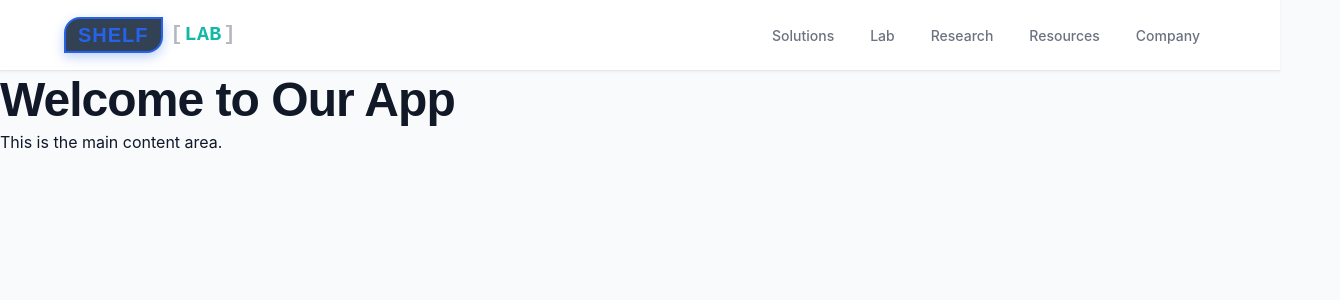
Repository: VladimirGagarin/shelf
Page: /
The author's editor kept a copy of each file at every save. The page is drawn from the files as they stood at one save, then again after the next save.
The browser window is 1280 px wide. The page is 1340 px wide, so the pictures cover 1340 px, including what lies to the right of the window. The pictures show the whole page.
The project was rebuilt for these pictures with package versions that can differ from the ones it lists, and the page was loaded fresh each time. Also part of the build but not shown: vite.config.js, src/App.css, src/About/about.jsx.

Above is the page before, as saved 2026-07-13 18:37:19.

### index.html
<!doctype html>
<html lang="en">
  <head>
    <meta charset="UTF-8" />
    <link rel="icon" type="image/svg+xml" href="/favicon.svg" />
    <meta name="viewport" content="width=device-width, initial-scale=1.0" />
    <title>shelf-lab</title>
  </head>
  <body>
    <div id="root"></div>
    <script type="module" src="/src/main.jsx"></script>
  </body>
</html>

### src/main.jsx
import { StrictMode } from 'react'
import { createRoot } from 'react-dom/client'
import './index.css'
import App from './App.jsx'
import { createBrowserRouter, RouterProvider } from "react-router-dom";
import AboutPage from './About/about.jsx'

const router = createBrowserRouter([
  {
    path: "/",
    element: <App />,
  },
  {
    path: "/about",
    element: <AboutPage />,
  },
  {
    path:"*",
    element: <App/>,
  }
]);

createRoot(document.getElementById('root')).render(
  <StrictMode>
    <RouterProvider router={router} />
  </StrictMode>,
)

### src/App.jsx
import Navbar from "./Shared/components/Navbar"
import './App.css'

function App() {


  return (
    <>
      <Navbar />
      <section className="LandingPage">
        <h1>Welcome to Our App</h1>
        <p>This is the main content area.</p>
      </section>
      <section className="LandingPage"></section>
    </>
  )
}

export default App

### src/Shared/components/Navbar.jsx
import "./Navbar.css";
import { FaBars, FaTimes } from "react-icons/fa";
import { useState, useEffect, useRef } from "react";

export default function Navbar() {
  const [isMobile, setIsMobile] = useState(window.innerWidth <= 768);
  const [isMenuOpen, setIsMenuOpen] = useState(false);
  const menuRef = useRef(null);
  const buttonRef = useRef(null);

  // Handle window resize
  useEffect(() => {
    const handleResize = () => {
      const mobile = window.innerWidth <= 768;
      setIsMobile(mobile);
      if (!mobile) setIsMenuOpen(false); // Close menu on desktop
    };

    window.addEventListener("resize", handleResize);
    return () => window.removeEventListener("resize", handleResize);
  }, []);

  // Handle click outside to close menu
  useEffect(() => {
    const handleClickOutside = (event) => {
      if (
        isMenuOpen &&
        menuRef.current &&
        !menuRef.current.contains(event.target) &&
        !buttonRef.current.contains(event.target)
      ) {
        setIsMenuOpen(false);
      }
    };

    document.addEventListener("mousedown", handleClickOutside);
    return () => document.removeEventListener("mousedown", handleClickOutside);
  }, [isMenuOpen]);

  // Handle escape key to close menu
  useEffect(() => {
    const handleEscape = (event) => {
      if (isMenuOpen && event.key === "Escape") {
        setIsMenuOpen(false);
      }
    };

    document.addEventListener("keydown", handleEscape);
    return () => document.removeEventListener("keydown", handleEscape);
  }, [isMenuOpen]);

  // Prevent body scroll when menu is open on mobile
  useEffect(() => {
    if (isMenuOpen && isMobile) {
      document.body.style.overflow = "hidden";
    } else {
      document.body.style.overflow = "unset";
    }
    return () => {
      document.body.style.overflow = "unset";
    };
  }, [isMenuOpen, isMobile]);

  const toggleMenu = () => {
    setIsMenuOpen(!isMenuOpen);
  };

  const navItems = [
    {
      title: "Solutions",
      children: [
        { label: "Services", link: "/services" },
        { label: "Industries", link: "/industries" },
        { label: "Case Studies", link: "/case-studies" },
        { label: "Request Solution", link: "/request" },
      ],
    },
    {
      title: "Lab",
      children: [
        { label: "Algorithms", link: "/algorithms" },
        { label: "Experiments", link: "/experiments" },
        { label: "Challenges", link: "/challenges" },
        { label: "Demos", link: "/demos" },
      ],
    },
    {
      title: "Research",
      children: [
        { label: "Research Lab", link: "/research" },
        { label: "Benchmarks", link: "/benchmarks" },
        { label: "Publications", link: "/publications" },
      ],
    },
    {
      title: "Resources",
      children: [
        { label: "Blog", link: "/blog" },
        { label: "Tutorials", link: "/tutorials" },
        { label: "Documentation", link: "/docs" },
      ],
    },
    {
      title: "Company",
      children: [
        { label: "About", link: "/about" },
        { label: "Careers", link: "/careers" },
        { label: "Contact", link: "/contact" },
      ],
    },
  ];

  return (
    <>
      <nav className="navbar" role="navigation" aria-label="Main navigation">
        <div className="navbar-container">
          {/* Logo */}
          <div className="nav-logo">
            <a href="/" aria-label="ShelfLab Home">
              <h2 className="hero-title">
                <span className="shelf-box">SHELF</span>
                <span className="lab-text">LAB</span>
              </h2>
            </a>
          </div>

          {/* Desktop Menu */}
          {!isMobile && (
            <div className="nav-menu">
              <ul className="nav-list">
                {navItems.map((item, index) => (
                  <li key={index} className="nav-item">
                    <button
                      className="nav-link"
                      aria-haspopup="true"
                      aria-expanded="false"
                    >
                      {item.title}
                    </button>
                    <ul className="dropdown-menu">
                      {item.children.map((child, childIndex) => (
                        <li key={childIndex}>
                          <a href={child.link} className="dropdown-link">
                            {child.label}
                          </a>
                        </li>
                      ))}
                    </ul>
                  </li>
                ))}
              </ul>
            </div>
          )}

          {/* Mobile Menu Button */}
          {isMobile && (
            <button
              ref={buttonRef}
              className="menu-toggle"
              onClick={toggleMenu}
              aria-label={isMenuOpen ? "Close menu" : "Open menu"}
              aria-expanded={isMenuOpen}
              aria-controls="mobile-menu"
            >
              {isMenuOpen ? <FaTimes /> : <FaBars />}
            </button>
          )}
        </div>
      </nav>

      {/* Mobile Menu Overlay */}
      {isMobile && (
        <div
          id="mobile-menu"
          ref={menuRef}
          className={`mobile-menu ${isMenuOpen ? "open" : ""}`}
          role="dialog"
          aria-modal="true"
          aria-label="Mobile navigation"
        >
          <div className="mobile-menu-content">
            <ul className="mobile-nav-list">
              {navItems.map((item, index) => (
                <li key={index} className="mobile-nav-item">
                  <div className="mobile-nav-header">
                    <span>{item.title}</span>
                  </div>
                  <ul className="mobile-submenu">
                    {item.children.map((child, childIndex) => (
                      <li key={childIndex}>
                        <a
                          href={child.link}
                          className="mobile-nav-link"
                          onClick={() => setIsMenuOpen(false)}
                        >
                          {child.label}
                        </a>
                      </li>
                    ))}
                  </ul>
                </li>
              ))}
            </ul>
          </div>
        </div>
      )}
    </>
  );
}

### src/About/about.css
/* about.css */

/* ========================================
   ABOUT PAGE STYLES
   ======================================== */

   :root {
  /* ===== COLORS ===== */
  /* Backgrounds */
  --bg-primary: #F8FAFC;
  --bg-surface: #FFFFFF;
  --bg-card: #FFFFFF;

  /* Primary */
  --color-primary: #2563EB;
  --color-primary-hover: #1D4ED8;

  /* Accent */
  --color-accent: #14B8A6;

  /* Text */
  --color-text: #111827;
  --color-text-secondary: #6B7280;

  /* Borders */
  --color-border: #E5E7EB;

  /* Status */
  --color-success: #22C55E;
  --color-warning: #F59E0B;
  --color-danger: #EF4444;

  /* ===== TYPOGRAPHY ===== */
  /* Font Families */
  --font-heading: 'Space Grotesk', 'Sora', sans-serif;
  --font-body: 'Inter', -apple-system, BlinkMacSystemFont, 'Segoe UI', Roboto, sans-serif;
  --font-code: 'JetBrains Mono', 'Fira Code', 'Cascadia Code', monospace;

  /* Font Sizes */
  --text-xs: 0.75rem;    /* 12px */
  --text-sm: 0.875rem;   /* 14px */
  --text-base: 1rem;     /* 16px */
  --text-lg: 1.125rem;   /* 18px */
  --text-xl: 1.25rem;    /* 20px */
  --text-2xl: 1.5rem;    /* 24px */
  --text-3xl: 1.875rem;  /* 30px */
  --text-4xl: 2.25rem;   /* 36px */
  --text-5xl: 3rem;      /* 48px */

  /* Font Weights */
  --font-light: 300;
  --font-regular: 400;
  --font-medium: 500;
  --font-semibold: 600;
  --font-bold: 700;
}

/* ===== DARK THEME ===== */
@media (prefers-color-scheme: dark) {
  :root {
    /* Backgrounds */
    --bg-primary: #0B1220;
    --bg-surface: #111827;
    --bg-card: #1E293B;

    /* Primary */
    --color-primary: #3B82F6;
    --color-primary-hover: #2563EB;

    /* Accent */
    --color-accent: #2DD4BF;

    /* Text */
    --color-text: #F8FAFC;
    --color-text-secondary: #CBD5E1;

    /* Borders */
    --color-border: #334155;

    /* Status */
    --color-success: #22C55E;
    --color-warning: #FBBF24;
    --color-danger: #F87171;
  }
}

/* ========================================
   HERO SECTION
   ======================================== */

.hero-section {
  min-height: 80vh;
  display: flex;
  align-items: center;
  background: linear-gradient(135deg, var(--bg-primary) 0%, var(--bg-surface) 100%);
  padding: 4rem 2rem;
  position: relative;
  overflow: hidden;
}

.hero-content {
  flex: 1;
  max-width: 700px;
  position: relative;
  z-index: 2;
}

.hero-badge {
  display: inline-block;
  background: var(--color-primary);
  color: white;
  padding: 0.25rem 1rem;
  border-radius: 50px;
  font-size: var(--text-xs);
  font-weight: var(--font-semibold);
  text-transform: uppercase;
  letter-spacing: 0.05em;
  margin-bottom: 1.5rem;
}

.hero-content h1 {
  font-size: var(--text-5xl);
  font-weight: var(--font-bold);
  color: var(--color-text);
  margin-bottom: 0.5rem;
  letter-spacing: -0.02em;
}

.hero-content h2 {
  font-size: var(--text-3xl);
  font-weight: var(--font-medium);
  color: var(--color-primary);
  margin-bottom: 1.5rem;
}

.hero-description {
  font-size: var(--text-lg);
  color: var(--color-text-secondary);
  line-height: 1.8;
  max-width: 550px;
  margin-bottom: 2rem;
}

.cta-group {
  display: flex;
  gap: 1rem;
  flex-wrap: wrap;
}

.btn-primary {
  display: inline-flex;
  align-items: center;
  gap: 0.5rem;
  background: var(--color-primary);
  color: white;
  padding: 0.75rem 1.75rem;
  border-radius: 0.5rem;
  font-weight: var(--font-medium);
  text-decoration: none;
  transition: all 0.3s ease;
}

.btn-primary:hover {
  background: var(--color-primary-hover);
  transform: translateY(-2px);
  box-shadow: 0 10px 20px rgba(37, 99, 235, 0.3);
}

.btn-secondary {
  display: inline-flex;
  align-items: center;
  gap: 0.5rem;
  background: transparent;
  color: var(--color-text);
  padding: 0.75rem 1.75rem;
  border: 2px solid var(--color-border);
  border-radius: 0.5rem;
  font-weight: var(--font-medium);
  text-decoration: none;
  transition: all 0.3s ease;
}

.btn-secondary:hover {
  border-color: var(--color-primary);
  color: var(--color-primary);
  transform: translateY(-2px);
}

.hero-visual {
  flex: 1;
  position: relative;
  min-height: 400px;
}

.floating-shapes {
  position: relative;
  width: 100%;
  height: 100%;
}

.shape {
  position: absolute;
  border-radius: 50%;
  background: var(--color-primary);
  opacity: 0.1;
  animation: float 6s ease-in-out infinite;
}

.shape-1 {
  width: 200px;
  height: 200px;
  top: 20%;
  right: 20%;
  animation-delay: 0s;
}

.shape-2 {
  width: 150px;
  height: 150px;
  top: 50%;
  right: 50%;
  animation-delay: 2s;
  background: var(--color-accent);
}

.shape-3 {
  width: 100px;
  height: 100px;
  top: 10%;
  right: 60%;
  animation-delay: 4s;
  background: var(--color-success);
}

@keyframes float {
  0%, 100% { transform: translateY(0) rotate(0deg); }
  50% { transform: translateY(-20px) rotate(10deg); }
}

/* ========================================
   WHO WE ARE SECTION
   ======================================== */

.who-we-are-section {
  padding: 5rem 2rem;
  background: var(--bg-surface);
}

.section-container {
  max-width: 1200px;
  margin: 0 auto;
}

.section-header {
  text-align: center;
  margin-bottom: 3rem;
}

.section-tag {
  display: inline-block;
  color: var(--color-primary);
  font-size: var(--text-xs);
  font-weight: var(--font-semibold);
  text-transform: uppercase;
  letter-spacing: 0.1em;
  margin-bottom: 0.5rem;
}

.section-header h2 {
  font-size: var(--text-4xl);
  font-weight: var(--font-bold);
  color: var(--color-text);
  margin-bottom: 0.75rem;
}

.section-subtitle {
  font-size: var(--text-lg);
  color: var(--color-text-secondary);
  max-width: 600px;
  margin: 0 auto;
}

.who-we-are-grid {
  display: grid;
  grid-template-columns: 1fr 1fr;
  gap: 4rem;
  align-items: center;
}

.who-we-are-content p {
  font-size: var(--text-lg);
  color: var(--color-text-secondary);
  line-height: 1.8;
  margin-bottom: 1.5rem;
}

.who-we-are-stats {
  display: grid;
  grid-template-columns: 1fr 1fr 1fr;
  gap: 2rem;
}

.stat-item {
  text-align: center;
  padding: 2rem;
  background: var(--bg-primary);
  border-radius: 0.75rem;
  border: 1px solid var(--color-border);
}

.stat-number {
  display: block;
  font-size: var(--text-3xl);
  font-weight: var(--font-bold);
  color: var(--color-primary);
  margin-bottom: 0.5rem;
}

.stat-label {
  font-size: var(--text-sm);
  color: var(--color-text-secondary);
}

/* ========================================
   MISSION SECTION
   ======================================== */

.mission-section {
  padding: 5rem 2rem;
  background: linear-gradient(135deg, var(--bg-primary) 0%, var(--bg-surface) 100%);
}

.mission-grid {
  display: grid;
  grid-template-columns: 1fr 1fr;
  gap: 3rem;
  max-width: 1000px;
  margin: 0 auto;
}

.mission-card {
  background: var(--bg-card);
  padding: 3rem;
  border-radius: 1rem;
  border: 1px solid var(--color-border);
  text-align: center;
  transition: all 0.3s ease;
}

.mission-card:hover {
  transform: translateY(-5px);
  box-shadow: 0 20px 40px rgba(0, 0, 0, 0.08);
}

.mission-icon {
  font-size: 3rem;
  margin-bottom: 1rem;
}

.mission-card h3 {
  font-size: var(--text-2xl);
  font-weight: var(--font-bold);
  color: var(--color-text);
  margin-bottom: 1rem;
}

.mission-card p {
  color: var(--color-text-secondary);
  line-height: 1.8;
}

/* ========================================
   PRINCIPLES SECTION
   ======================================== */

.principles-section {
  padding: 5rem 2rem;
  background: var(--bg-surface);
}

.principles-cards {
  display: grid;
  grid-template-columns: repeat(auto-fit, minmax(250px, 1fr));
  gap: 2rem;
}

.principle-card {
  background: var(--bg-card);
  padding: 2.5rem 2rem;
  border-radius: 1rem;
  border: 1px solid var(--color-border);
  text-align: center;
  transition: all 0.3s ease;
}

.principle-card:hover {
  transform: translateY(-5px);
  border-color: var(--color-primary);
  box-shadow: 0 10px 30px rgba(37, 99, 235, 0.1);
}

.principle-icon-wrapper {
  display: inline-flex;
  align-items: center;
  justify-content: center;
  width: 64px;
  height: 64px;
  border-radius: 50%;
  background: var(--bg-primary);
  color: var(--color-primary);
  font-size: 1.5rem;
  margin-bottom: 1rem;
  transition: all 0.3s ease;
}

.principle-card:hover .principle-icon-wrapper {
  background: var(--color-primary);
  color: white;
}

.principle-card h3 {
  font-size: var(--text-xl);
  font-weight: var(--font-semibold);
  color: var(--color-text);
  margin-bottom: 0.5rem;
}

.principle-tagline {
  color: var(--color-primary);
  font-weight: var(--font-medium);
  margin-bottom: 0.75rem;
}

.principle-description {
  color: var(--color-text-secondary);
  font-size: var(--text-sm);
  line-height: 1.6;
}

/* ========================================
   WORKFLOW SECTION
   ======================================== */

.workflow-section {
  padding: 5rem 2rem;
  background: var(--bg-primary);
}

.workflow-steps {
  display: flex;
  justify-content: space-between;
  align-items: flex-start;
  gap: 1rem;
  overflow-x: auto;
  padding: 1rem 0;
}

.workflow-step-wrapper {
  display: flex;
  align-items: center;
  flex: 1;
  min-width: 140px;
}

.step-card {
  background: var(--bg-card);
  padding: 2rem 1.5rem;
  border-radius: 0.75rem;
  border: 1px solid var(--color-border);
  text-align: center;
  flex: 1;
  transition: all 0.3s ease;
  position: relative;
}

.step-card:hover {
  transform: translateY(-5px);
  border-color: var(--color-primary);
  box-shadow: 0 10px 30px rgba(37, 99, 235, 0.1);
}

.step-number {
  display: inline-flex;
  align-items: center;
  justify-content: center;
  width: 40px;
  height: 40px;
  border-radius: 50%;
  background: var(--color-primary);
  color: white;
  font-weight: var(--font-bold);
  margin-bottom: 1rem;
}

.step-icon {
  font-size: 1.5rem;
  color: var(--color-primary);
  margin-bottom: 0.75rem;
}

.step-card h3 {
  font-size: var(--text-base);
  font-weight: var(--font-semibold);
  color: var(--color-text);
  margin-bottom: 0.5rem;
}

.step-card p {
  font-size: var(--text-xs);
  color: var(--color-text-secondary);
}

.step-connector {
  color: var(--color-text-secondary);
  font-size: 1.5rem;
  padding: 0 0.5rem;
  flex-shrink: 0;
}

/* ========================================
   INDUSTRIES SECTION
   ======================================== */

.industries-section {
  padding: 5rem 2rem;
  background: var(--bg-surface);
}

.industries-grid {
  display: grid;
  grid-template-columns: repeat(auto-fit, minmax(250px, 1fr));
  gap: 2rem;
}

.industry-card {
  background: var(--bg-card);
  padding: 2.5rem 2rem;
  border-radius: 1rem;
  border: 1px solid var(--color-border);
  text-align: center;
  transition: all 0.3s ease;
}

.industry-card:hover {
  transform: translateY(-5px);
  box-shadow: 0 10px 30px rgba(0, 0, 0, 0.08);
}

.industry-icon {
  font-size: 2.5rem;
  color: var(--color-primary);
  margin-bottom: 1rem;
}

.industry-card h3 {
  font-size: var(--text-xl);
  font-weight: var(--font-semibold);
  color: var(--color-text);
  margin-bottom: 1rem;
}

.industry-items {
  list-style: none;
  padding: 0;
  margin: 0;
}

.industry-items li {
  padding: 0.5rem 0;
  color: var(--color-text-secondary);
  font-size: var(--text-sm);
  border-bottom: 1px solid var(--color-border);
}

.industry-items li:last-child {
  border-bottom: none;
}

/* ========================================
   WHY SHELFLAB SECTION
   ======================================== */

.why-shelflab-section {
  padding: 5rem 2rem;
  background: var(--bg-primary);
}

.why-shelflab-grid {
  display: grid;
  grid-template-columns: repeat(auto-fit, minmax(300px, 1fr));
  gap: 2rem;
}

.why-shelflab-card {
  background: var(--bg-card);
  padding: 3rem 2rem;
  border-radius: 1rem;
  border: 1px solid var(--color-border);
  text-align: center;
  transition: all 0.3s ease;
}

.why-shelflab-card:hover {
  transform: translateY(-5px);
  box-shadow: 0 10px 30px rgba(0, 0, 0, 0.08);
}

.pillar-icon {
  font-size: 3rem;
  color: var(--color-primary);
  margin-bottom: 1rem;
}

.why-shelflab-card h3 {
  font-size: var(--text-xl);
  font-weight: var(--font-semibold);
  color: var(--color-text);
  margin-bottom: 0.75rem;
}

.why-shelflab-card p {
  color: var(--color-text-secondary);
  line-height: 1.6;
}

/* ========================================
   CTA SECTION
   ======================================== */

.cta-section {
  padding: 5rem 2rem;
  background: linear-gradient(135deg, var(--color-primary) 0%, var(--color-primary-hover) 100%);
  text-align: center;
  position: relative;
  overflow: hidden;
}

.cta-section::before {
  content: '';
  position: absolute;
  top: -50%;
  right: -50%;
  width: 100%;
  height: 200%;
  background: rgba(255, 255, 255, 0.05);
  transform: rotate(30deg);
}

.cta-content {
  position: relative;
  z-index: 1;
  max-width: 700px;
  margin: 0 auto;
}

.cta-content h2 {
  font-size: var(--text-4xl);
  font-weight: var(--font-bold);
  color: white;
  margin-bottom: 1.5rem;
}

.cta-content p {
  font-size: var(--text-lg);
  color: rgba(255, 255, 255, 0.9);
  line-height: 1.8;
  margin-bottom: 2rem;
}

.btn-large {
  padding: 1rem 2.5rem;
  font-size: var(--text-lg);
  background: white;
  color: var(--color-primary);
}

.btn-large:hover {
  background: var(--bg-primary);
  transform: translateY(-3px);
  box-shadow: 0 15px 30px rgba(0, 0, 0, 0.2);
}

/* ========================================
   FOOTER
   ======================================== */

.footer {
  background: var(--bg-surface);
  border-top: 1px solid var(--color-border);
  padding: 3rem 2rem 1rem;
}

.footer-content {
  max-width: 1200px;
  margin: 0 auto;
  display: grid;
  grid-template-columns: 2fr 3fr;
  gap: 3rem;
  margin-bottom: 2rem;
}

.footer-brand h2 {
  font-size: var(--text-2xl);
  color: var(--color-primary);
  margin-bottom: 0.5rem;
}

.footer-brand p {
  color: var(--color-text-secondary);
}

.footer-links {
  display: grid;
  grid-template-columns: repeat(3, 1fr);
  gap: 2rem;
}

.footer-column h4 {
  font-size: var(--text-sm);
  font-weight: var(--font-semibold);
  color: var(--color-text);
  margin-bottom: 1rem;
}

.footer-column a {
  display: block;
  color: var(--color-text-secondary);
  text-decoration: none;
  padding: 0.25rem 0;
  font-size: var(--text-sm);
  transition: color 0.3s ease;
}

.footer-column a:hover {
  color: var(--color-primary);
}

.footer-bottom {
  max-width: 1200px;
  margin: 0 auto;
  padding-top: 2rem;
  border-top: 1px solid var(--color-border);
  text-align: center;
}

.footer-bottom p {
  color: var(--color-text-secondary);
  font-size: var(--text-sm);
}

/* ========================================
   RESPONSIVE DESIGN
   ======================================== */

@media (max-width: 1024px) {
  .hero-section {
    flex-direction: column;
    text-align: center;
    padding: 3rem 1.5rem;
  }

  .hero-content {
    max-width: 100%;
  }

  .hero-description {
    margin: 0 auto 2rem;
  }

  .cta-group {
    justify-content: center;
  }

  .who-we-are-grid {
    grid-template-columns: 1fr;
    gap: 2rem;
  }

  .mission-grid {
    grid-template-columns: 1fr;
    gap: 2rem;
  }

  .footer-content {
    grid-template-columns: 1fr;
    gap: 2rem;
  }
}

@media (max-width: 768px) {
  .hero-content h1 {
    font-size: var(--text-3xl);
  }

  .hero-content h2 {
    font-size: var(--text-2xl);
  }

  .hero-description {
    font-size: var(--text-base);
  }

  .who-we-are-stats {
    grid-template-columns: 1fr;
    gap: 1rem;
  }

  .workflow-steps {
    flex-direction: column;
    align-items: stretch;
  }

  .workflow-step-wrapper {
    flex-direction: column;
    min-width: auto;
  }

  .step-connector {
    transform: rotate(90deg);
    padding: 0.5rem 0;
  }

  .footer-links {
    grid-template-columns: 1fr 1fr;
  }

  .cta-content h2 {
    font-size: var(--text-3xl);
  }

  .principles-cards {
    grid-template-columns: 1fr 1fr;
  }
}

@media (max-width: 480px) {
  .hero-section {
    padding: 2rem 1rem;
    min-height: 60vh;
  }

  .hero-content h1 {
    font-size: var(--text-2xl);
  }

  .hero-content h2 {
    font-size: var(--text-xl);
  }

  .cta-group {
    flex-direction: column;
    align-items: center;
  }

  .btn-primary,
  .btn-secondary {
    width: 100%;
    justify-content: center;
  }

  .principles-cards {
    grid-template-columns: 1fr;
  }

  .industries-grid {
    grid-template-columns: 1fr;
  }

  .why-shelflab-grid {
    grid-template-columns: 1fr;
  }

  .footer-links {
    grid-template-columns: 1fr;
  }

  .section-header h2 {
    font-size: var(--text-3xl);
  }

  .mission-card {
    padding: 2rem 1.5rem;
  }
}

/* ========================================
   DARK THEME OVERRIDES
   ======================================== */

@media (prefers-color-scheme: dark) {
  .hero-section {
    background: linear-gradient(135deg, var(--bg-primary) 0%, var(--bg-surface) 100%);
  }

  .mission-section {
    background: linear-gradient(135deg, var(--bg-primary) 0%, var(--bg-surface) 100%);
  }

  .principle-card:hover {
    box-shadow: 0 10px 30px rgba(59, 130, 246, 0.15);
  }

  .stat-item {
    background: var(--bg-surface);
  }

  .cta-section {
    background: linear-gradient(135deg, #1D4ED8 0%, #1E3A8A 100%);
  }
}

/* ========================================
   ACCESSIBILITY
   ======================================== */

@media (prefers-reduced-motion: reduce) {
  * {
    animation-duration: 0.01ms !important;
    animation-iteration-count: 1 !important;
    transition-duration: 0.01ms !important;
  }
}

:focus-visible {
  outline: 2px solid var(--color-primary);
  outline-offset: 2px;
}

/* ========================================
   HERO TITLE WITH STYLED SHELF & LAB
   ======================================== */

.hero-title {
  font-size: var(--text-5xl);
  font-weight: var(--font-bold);
  color: var(--color-text);
  margin-bottom: 0.5rem;
  letter-spacing: -0.02em;
  display: flex;
  align-items: center;
  flex-wrap: wrap;
  gap: 0.25rem;
}

/* SHELF in a box */
.shelf-box {
  display: inline-block;
  background: #334155;
  color: var(--color-primary);
  padding: 0.25rem 0.75rem;
  border: 2px solid var(--color-primary);
  font-family: var(--font-heading);
  font-weight: var(--font-bold);
  letter-spacing: 0.05em;
  position: relative;
  transition: all 0.3s ease;
  box-shadow: 0 4px 12px #2563eb4d;

  /* Individual corner control */
  border-top-left-radius: 16px;
  border-top-right-radius: 0px;
  border-bottom-right-radius: 16px;
  border-bottom-left-radius: 0px;
}

.shelf-box:hover {
  transform: scale(1.05);
  box-shadow: 0 8px 24px rgba(37, 99, 235, 0.4);
}

/* LAB in different font */
.lab-text {
  display: inline-block;
  font-family: var(--font-code);
  font-weight: var(--font-bold);
  color: var(--color-accent);
  letter-spacing: 0.02em;
  position: relative;
  padding: 0 0.25rem;
  transition: all 0.3s ease;
}

.lab-text::before {
  content: '[';
  color: var(--color-text-secondary);
  opacity: 0.5;
  margin-right: 0.1rem;
}

.lab-text::after {
  content: ']';
  color: var(--color-text-secondary);
  opacity: 0.5;
  margin-left: 0.1rem;
}

.lab-text:hover {
  color: var(--color-primary);
  transform: translateY(-2px);
}

/* Alternative: If you want LAB in a different color and font with badge style */
.lab-text-badge {
  display: inline-block;
  font-family: var(--font-code);
  font-weight: var(--font-bold);
  background: var(--bg-card);
  color: var(--color-accent);
  padding: 0.1rem 0.5rem;
  border-radius: 0.25rem;
  border: 2px solid var(--color-accent);
  letter-spacing: 0.05em;
  transition: all 0.3s ease;
}

.lab-text-badge:hover {
  background: var(--color-accent);
  color: white;
  transform: rotate(-2deg) scale(1.05);
}

/* ========================================
   RESPONSIVE ADJUSTMENTS FOR TITLE
   ======================================== */

@media (max-width: 768px) {
  .hero-title {
    font-size: var(--text-3xl);
    gap: 0.15rem;
  }

  .shelf-box {
    padding: 0.05rem 0.5rem;
    font-size: var(--text-3xl);
  }

  .lab-text {
    font-size: var(--text-3xl);
  }
}

@media (max-width: 480px) {
  .hero-title {
    font-size: var(--text-2xl);
    gap: 0.1rem;
  }

  .shelf-box {
    padding: 0.05rem 0.4rem;
    font-size: var(--text-2xl);
  }

  .lab-text {
    font-size: var(--text-2xl);
  }
}

Loaded but not shown: src/Shared/components/Navbar.css (606 lines, source omitted); src/index.css (384 lines, source omitted)

After the next save:
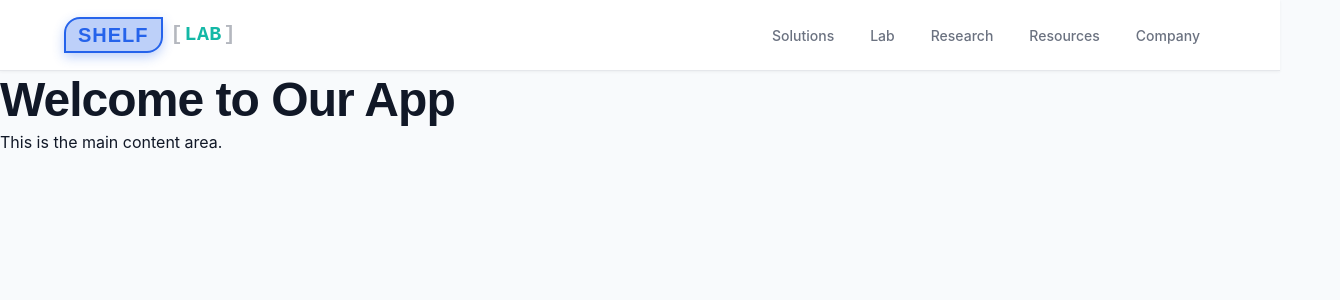
Saved 10 s later.
--- a/src/About/about.css
+++ b/src/About/about.css
@@ -945,7 +945,7 @@
 /* SHELF in a box */
 .shelf-box {
   display: inline-block;
-  background: #334155;
+  background: #2563eb4d;
   color: var(--color-primary);
   padding: 0.25rem 0.75rem;
   border: 2px solid var(--color-primary);
